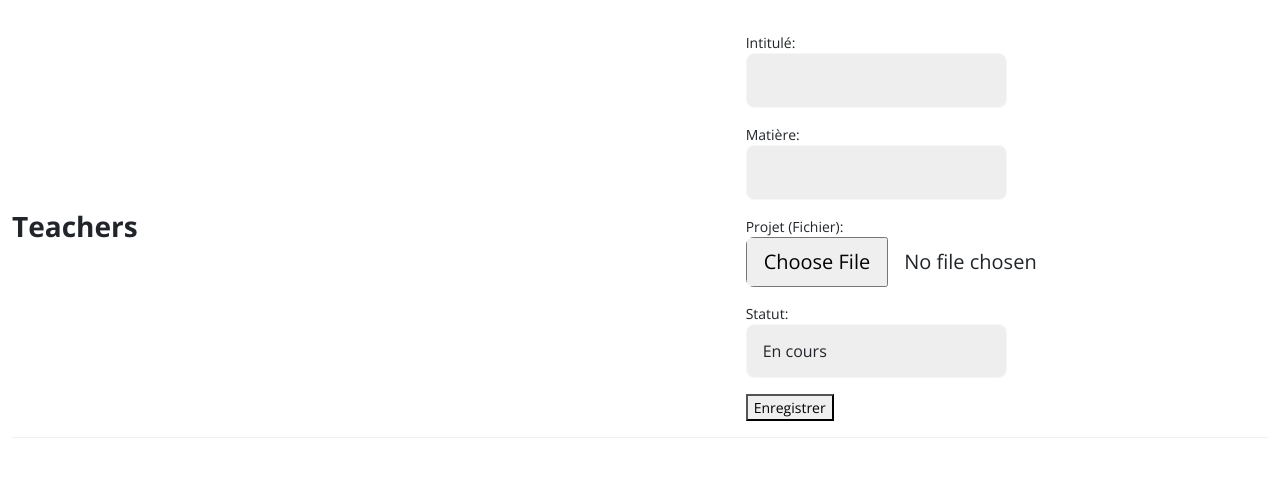
Repository: dimitri0004/Moodle
Page: http://localhost/enseignant/projet/ajouter
An editor plug-in stored every save of this project. The page is shown before and after the next save, followed by the edit.
The browser window is 1280 px wide. The pictures show the whole page.
The page is served by the project's application, run on Django 4.2 (manage.py). Other server files are loaded and not shown.

Above is the page before, as saved 2023-08-16 14:41:04.
Console error: TypeError: Cannot set properties of null (setting 'innerHTML')

### templates/Enseignant/projet.html
{% extends "base.html" %}
{% block content %}
<!DOCTYPE html>
<html lang="en">
<head>
    <meta charset="UTF-8">
    <title>Ajouter un projet</title>
</head>
<body>
    <div class="body d-flex py-lg-3 py-md-2">
        <div class="container-xxl">
            <div class="row">
                <div class="col-md-12">
                    <div class="card border-0 mb-4 no-bg">
                        <div class="card-header py-3 px-0 d-flex align-items-center  justify-content-between border-bottom">
                            <h3 class=" fw-bold flex-fill mb-0">Teachers</h3>

                            <form method="post" enctype="multipart/form-data">
                                {% csrf_token %}
                                <div class="col-6">
                                    <div class="mb-2">
                                    {{ form.as_p }}
                                    </div>
                                </div>
                                <button type="submit">Enregistrer</button>
                            </form>
                       </div>
                    </div>
                </div>
            </div>
        </div>
    </div>
</body>
</html>


{% endblock %}

### templates/base.html
{% load static %}
<!DOCTYPE html>
<html lang="en">
<head>
    <meta charset="UTF-8">
    <meta name="viewport" content="width=device-width, initial-scale=1.0">
    <title>Document</title>

    <link rel="icon" href="favicon.ico" type="image/x-icon"> <!-- Favicon-->

    <!-- plugin css file  -->
    <link rel="stylesheet" href="{% static 'assets/css/carousel.min.css' %}" />
    <!-- project css file  -->
    <link rel="stylesheet" href="{% static 'assets/css/e-learn.style.min.css' %}">
    <!-- Google Code  -->
    <script async src="https://www.googletagmanager.com/gtag/js?id=UA-264428387-1"></script>
    <script>
      window.dataLayer = window.dataLayer || [];
      function gtag(){dataLayer.push(arguments);}
      gtag('js', new Date());

      gtag('config', 'UA-264428387-1');
    </script>

    <script src="{% static 'assets/bundles/libscripts.bundle.js' %}"></script>

    <!-- Plugin Js-->
    <script src="{% static 'assets/bundles/carousel.bundle.js' %}"></script>
    <script src="{% static 'assets/bundles/apexcharts.bundle.js' %}"></script>

    <!-- Jquery Page Js -->
    <script src="{% static 'js/template.js' %}"></script>
    <script src="{% static 'js/page/elearn-index.js' %}"></script>
</head>
<body>
   {% if user.is_authenticated %}

    {% include "_partiels/nav.html" %}
   {% endif %}


    {% block content %}{% endblock %}
</body>
</html>

### AppEcole/forms.py
from django import forms
from .models import Devoir

class ProjetForm(forms.ModelForm):
    intitule = forms.CharField(label='Intitulé', widget=forms.TextInput(attrs={
        'class': 'form-control form-control-lg'
    }))
    matiere = forms.CharField(label='Matière', widget=forms.TextInput(attrs={
        'class': 'form-control form-control-lg'
    }))
    projet = forms.FileField(label='Projet (Fichier)', widget=forms.ClearableFileInput(attrs={
        'class': 'form-control-file  form-control-lg'
    }))
    statut = forms.ChoiceField(label='Statut', choices=Devoir.STATUT_CHOICES, widget=forms.Select(attrs={
        'class': 'form-control form-control-lg'
    }))

    class Meta:
        model = Devoir
        fields = ['intitule', 'matiere', 'projet', 'statut']

### AppEcole/models.py
from django.db import models
from django.contrib.auth.models import AbstractUser
class User(AbstractUser):
    ETUDIANT= " ETUDIANT"
    ENSEIGNANT="ENSEIGNANT"
    ADMINISTRATEUR=" ADMINISTRATEUR"

    ROLE_CHOICES = (
        ('ETUDIANT', 'Etudiant'),
        ('ENSEIGNANT', 'Enseignant'),
        ('ADMINISTRATEUR', 'Administrateur'),
    )

    role = models.CharField(max_length=30, choices=ROLE_CHOICES, verbose_name='Rôle')
    birthdate = models.DateField(null=True, blank=False)
    identifiant = models.CharField(max_length=20, null=True, blank=False)

    def __str__(self):
        return self.username

class Devoir(models.Model):

    STATUT_CHOICES = [
        ('en_cours', 'En cours'),
        ('soumis', 'Soumis'),
        ('corrigé', 'Corrige'),
        ('traité', 'Traite'),
        ('archivé', 'Archivé'),
    ]
    intitule=models.CharField(max_length=255)
    matiere=models.CharField(max_length=255)
    statut = models.CharField(max_length=20, choices=STATUT_CHOICES)
    projet = models.FileField(upload_to='projets')

    def __str__(self):
        return self.intitule


# Create your models here.

### AppEcole/views.py
from django.shortcuts import render,redirect
from django.core.validators import validate_email
from django.contrib.auth.models import User
from django.db.models import Q
from django.contrib.auth.decorators import login_required
from django.contrib.auth import authenticate, login, logout
from .forms import ProjetForm


from django.contrib.auth import get_user_model

def index(request):
    return render(request,'index.html')

def inscription(request):
    error = False
    message = ""

    if request.method == "POST":
        username = request.POST.get('username')
        email = request.POST.get('email')
        nom = request.POST.get('nom')
        prenom = request.POST.get('prenom')
        password = request.POST.get('password')
        confirmePassword = request.POST.get('confirmePassword')
        role = request.POST.get('role')
        identifiant = request.POST.get('identifiant')
        date = request.POST.get('date')# Récupérer le rôle du formulaire

        try:
            validate_email(email)
        except:
            error = True
            message = "Entrer un email valide svp"

        User = get_user_model()  # Obtenir le modèle utilisateur personnalisé

        user = User.objects.filter(Q(email=email) | Q(username=username)).first()
        if user:
            error = True
            message = f"L'email {email} ou le nom d'utilisateur {nom} est déjà utilisé par un utilisateur"

        if password != confirmePassword:
            error = True
            message = "Les deux mots de passe ne sont pas identiques"

        if error == False:
            user = User(

                username=username,
                email=email,
                last_name=nom,
                first_name=prenom,
                identifiant=identifiant,
                role=role,
                birthdate=date# Enregistrer le rôle dans le modèle
            )
            user.set_password(password)
            user.save()
            return redirect('acceuil')

    context = {
        'error': error,
        'message': message
    }
    return render(request, 'Utilisateur/inscription.html', context)

def connexion(request):
    error=False
    message=""
    if request.method=="POST":

        email=request.POST.get('email', None)
        password=request.POST.get('password', None)

        User = get_user_model()
        user=User.objects.filter(email=email).first()
        if user:
            user=authenticate(username=user.username, password=password)
            if user:
                login(request, user)
                return redirect('acceuil')
            else:
                error=True
                message="mot de passe  incorrecte"
        else:
            error=True
            message="l'utilisateur n'existe pas"
    return render(request, 'Utilisateur/connexion.html', {'error':error, 'message':message})

def ajouter_projet(request):
    if request.method == 'POST':
        form = ProjetForm(request.POST, request.FILES)
        if form.is_valid():
            form.save()
            return redirect('ajouter_projet')  # Rediriger vers la liste des projets
    else:
        form = ProjetForm()

    context = {'form': form}
    return render(request, 'Enseignant/projet.html', context)

# Create your views here.

### MoodleProject/urls.py
"""
URL configuration for MoodleProject project.

The `urlpatterns` list routes URLs to views. For more information please see:
    https://docs.djangoproject.com/en/4.2/topics/http/urls/
Examples:
Function views
    1. Add an import:  from my_app import views
    2. Add a URL to urlpatterns:  path('', views.home, name='home')
Class-based views
    1. Add an import:  from other_app.views import Home
    2. Add a URL to urlpatterns:  path('', Home.as_view(), name='home')
Including another URLconf
    1. Import the include() function: from django.urls import include, path
    2. Add a URL to urlpatterns:  path('blog/', include('blog.urls'))
"""
from django.contrib import admin
from django.urls import path,include
from django.conf import settings
from django.conf.urls.static import static


urlpatterns = [
    path('admin/', admin.site.urls),
    path('', include('AppEcole.urls')),
]
if settings.DEBUG:
    urlpatterns += static(settings.MEDIA_URL,
    document_root=settings.MEDIA_ROOT)

### AppEcole/urls.py
from django.urls import path
from .views import index, inscription, connexion,ajouter_projet
urlpatterns = [
    path('acceuil', index, name='acceuil'),
    path('inscription/', inscription, name='register'),
    path('connexion/', connexion, name='login'),
    path('enseignant/projet/ajouter', ajouter_projet, name='ajouter_projet'),

]

### static/assets/css/carousel.min.css
.owl-carousel,.owl-carousel .owl-item{-webkit-tap-highlight-color:transparent;position:relative}.owl-carousel{display:none;width:100%;z-index:1}.owl-carousel .owl-stage{position:relative;-ms-touch-action:pan-Y;-moz-backface-visibility:hidden}.owl-carousel .owl-stage:after{content:".";display:block;clear:both;visibility:hidden;line-height:0;height:0}.owl-carousel .owl-stage-outer{position:relative;overflow:hidden;-webkit-transform:translate3d(0, 0, 0)}.owl-carousel .owl-item,.owl-carousel .owl-wrapper{-webkit-backface-visibility:hidden;-moz-backface-visibility:hidden;-ms-backface-visibility:hidden;-webkit-transform:translate3d(0, 0, 0);-moz-transform:translate3d(0, 0, 0);-ms-transform:translate3d(0, 0, 0)}.owl-carousel .owl-item{min-height:1px;float:left;-webkit-backface-visibility:hidden;-webkit-touch-callout:none}.owl-carousel .owl-item img{display:block;width:100%}.owl-carousel .owl-dots.disabled,.owl-carousel .owl-nav.disabled{display:none}.no-js .owl-carousel,.owl-carousel.owl-loaded{display:block}.owl-carousel .owl-dot,.owl-carousel .owl-nav .owl-next,.owl-carousel .owl-nav .owl-prev{cursor:pointer;cursor:hand;-webkit-user-select:none;-khtml-user-select:none;-moz-user-select:none;-ms-user-select:none;user-select:none}.owl-carousel.owl-loading{opacity:0;display:block}.owl-carousel.owl-hidden{opacity:0}.owl-carousel.owl-refresh .owl-item{visibility:hidden}.owl-carousel.owl-drag .owl-item{-webkit-user-select:none;-moz-user-select:none;-ms-user-select:none;user-select:none}.owl-carousel.owl-grab{cursor:move;cursor:grab}.owl-carousel.owl-rtl{direction:rtl}.owl-carousel.owl-rtl .owl-item{float:right}.owl-carousel .animated{animation-duration:1s;animation-fill-mode:both}.owl-carousel .owl-animated-in{z-index:0}.owl-carousel .owl-animated-out{z-index:1}.owl-carousel .fadeOut{animation-name:fadeOut}@keyframes fadeOut{0%{opacity:1}100%{opacity:0}}.owl-height{transition:height .5s ease-in-out}.owl-carousel .owl-item .owl-lazy{opacity:0;transition:opacity .4s ease}.owl-carousel .owl-item img.owl-lazy{transform-style:preserve-3d}.owl-carousel .owl-video-wrapper{position:relative;height:100%;background:#000}.owl-carousel .owl-video-play-icon{position:absolute;height:80px;width:80px;left:50%;top:50%;margin-left:-40px;margin-top:-40px;background:url(owl.video.play.html) no-repeat;cursor:pointer;z-index:1;-webkit-backface-visibility:hidden;transition:transform .1s ease}.owl-carousel .owl-video-play-icon:hover{-ms-transform:scale(1.3, 1.3);transform:scale(1.3, 1.3)}.owl-carousel .owl-video-playing .owl-video-play-icon,.owl-carousel .owl-video-playing .owl-video-tn{display:none}.owl-carousel .owl-video-tn{opacity:0;height:100%;background-position:center center;background-repeat:no-repeat;background-size:contain;transition:opacity .4s ease}.owl-carousel .owl-video-frame{position:relative;z-index:1;height:100%;width:100%}

### static/js/template.js
if (typeof jQuery === "undefined") {
    throw new Error("jQuery plugins need to be before this file");
}

$(function() {
    "use strict";

    // main sidebar toggle js
    $('.menu-toggle').on('click', function () {
        $('.sidebar').toggleClass('open');
        $('.open').removeClass('sidebar-mini');
    });

    // layout a sidebar mini version
    $('.sidebar-mini-btn').on('click', function () {
        $('.sidebar').toggleClass('sidebar-mini');
        $('.sidebar-mini').removeClass('open');
    });

    // chat page chatlist toggle js
    $('.chatlist-toggle').on('click', function () {
        $('.card-chat').toggleClass('open');
    });

    $(".theme-rtl input").on('change',function() {
        if(this.checked) {
            $("body").addClass('rtl_mode');
        }else{
            $("body").removeClass('rtl_mode');
        }

    });

    // cSidebar overflow daynamic height

    overFlowDynamic();

    $(window).resize(function(){
        overFlowDynamic();
    });

    function overFlowDynamic(){
        var sideheight=$(".sidebar.sidebar-mini").height() + 48;

        if(sideheight <= 760) {
            $(".sidebar.sidebar-mini").css( "overflow", "scroll");
        }
        else{
            $(".sidebar.sidebar-mini").css( "overflow", "visible");
        }
    }


    // Dropdown scroll hide using table responsive

    $('.table-responsive').on('show.bs.dropdown', function () {
        $('.table-responsive').css( "overflow", "inherit" );
    });

    $('.table-responsive').on('hide.bs.dropdown', function () {
            $('.table-responsive').css( "overflow", "auto" );
    })

    // light and dark theme setting js
    var toggleSwitch = document.querySelector('.theme-switch input[type="checkbox"]');
    var toggleHcSwitch = document.querySelector('.theme-high-contrast input[type="checkbox"]');
    var currentTheme = localStorage.getItem('theme');
    if (currentTheme) {
        document.documentElement.setAttribute('data-theme', currentTheme);

        if (currentTheme === 'dark') {
            toggleSwitch.checked = true;
        }
        if (currentTheme === 'high-contrast') {
            toggleHcSwitch.checked = true;
            toggleSwitch.checked = false;
        }
    }
    function switchTheme(e) {
        if (e.target.checked) {
            document.documentElement.setAttribute('data-theme', 'dark');
            localStorage.setItem('theme', 'dark');
            $('.theme-high-contrast input[type="checkbox"]').prop("checked", false);
        }
        else {
            document.documentElement.setAttribute('data-theme', 'light');
            localStorage.setItem('theme', 'light');
        }
    }
    toggleSwitch.addEventListener('change', switchTheme, false);
    // end
});

// live support team js
$(function() {
    "use strict";
    var Tawk_API=Tawk_API||{}, Tawk_LoadStart=new Date();
    (function(){
        var s1=document.createElement("script"),s0=document.getElementsByTagName("script")[0];
        s1.async=true;
        s1.src='https://embed.tawk.to/6051a040f7ce18270930e55a/1f0vdjvfu';
        s1.charset='UTF-8';
        s1.setAttribute('crossorigin','*');
        s0.parentNode.insertBefore(s1,s0);
    })();
});

### static/js/page/elearn-index.js
if (typeof jQuery === "undefined") {
    throw new Error("jQuery plugins need to be before this file");
}
$(function() {
    "use strict";
    var tooltipTriggerList = [].slice.call(document.querySelectorAll('[data-bs-toggle="tooltip"]'))
    var tooltipList = tooltipTriggerList.map(function (tooltipTriggerEl) {
        return new bootstrap.Tooltip(tooltipTriggerEl)
    })

    /*****Owl Slider************/
    $(document).ready(function(){
        $('.owl-carouselone').owlCarousel({
            stagePadding: 30,
            loop:true,
            margin:10,
            nav:true,
            navText: ["<img src='../dist/assets/images/stylish-left.png'>","<img src='../dist/assets/images/stylish-right.png'>"],
            responsive:{
                0:{
                    items:1
                },
                480:{
                    items:3
                },
                600:{
                    items:3
                },
                740:{
                    items:6
                },
                1000:{
                    items:2
                },
                1100:{
                    items:3
                },
                1400:{
                    items:3
                },
                1500:{
                    items:4
                }
            }
        })

        $('.owl-carouseltwo').owlCarousel({
            loop:true,
            margin:5,
            autoplay:true,
            autoplayTimeout:4000,
            autoplayHoverPause:true,
            responsive:{
                0:{
                    items:1
                },
                480:{
                    items:1
                },
                600:{
                    items:1
                },
                1000:{
                    items:2
                },
                1100:{
                    items:2
                },
                1400:{
                    items:3
                }
            }
        })
    });

    // basic-column
    $(document).ready(function() {
        var options = {
            chart: {
                height: 350,
                type: 'bar',
            },
            colors: ['var(--chart-color1)', 'var(--chart-color2)', 'var(--chart-color4)'],
            plotOptions: {
                bar: {
                    horizontal: false,
                    columnWidth: '55%',
                    endingShape: 'rounded'
                },
            },
            dataLabels: {
                enabled: false
            },
            stroke: {
                show: true,
                width: 2,
                colors: ['transparent']
            },
            series: [{
                name: 'Listening',
                data: [44, 55, 57, 56, 61, 58, 63, 60, 66]
            }, {
                name: 'Writing',
                data: [76, 85, 101, 98, 87, 105, 91, 114, 94]
            }, {
                name: 'Video View',
                data: [35, 41, 36, 26, 45, 48, 52, 53, 41]
            }],
            xaxis: {
                categories: ['Feb', 'Mar', 'Apr', 'May', 'Jun', 'Jul', 'Aug', 'Sep', 'Oct'],
            },
            yaxis: {
                title: {
                    text: ''
                }
            },
            fill: {
                opacity: 1

            },
            tooltip: {
                y: {
                    formatter: function (val) {
                        return "$ " + val + " thousands"
                    }
                }
            }
        }

        var chart = new ApexCharts(
            document.querySelector("#apex-basic-column"),
            options
        );

        chart.render();
    });


});
/*****digital-clock************/
function date_time(id){
    date = new Date;
    h = date.getHours();
    if(h<10)
    {
            h = "0"+h;
    }
    m = date.getMinutes();
    if(m<10)
    {
            m = "0"+m;
    }
    s = date.getSeconds();
    if(s<10)
    {
            s = "0"+s;
    }
    document.getElementById("s").innerHTML = ''+s;
    document.getElementById("m").innerHTML = ''+m;
    document.getElementById("h").innerHTML = ''+h;
    setTimeout('date_time("'+"s"+'");','1000');
    return true;
}
window.onload = date_time('s');

Loaded but not shown: static/assets/css/e-learn.style.min.css (library); static/assets/bundles/libscripts.bundle.js (library); static/assets/bundles/carousel.bundle.js (library); static/assets/bundles/apexcharts.bundle.js (library)

After the next save:
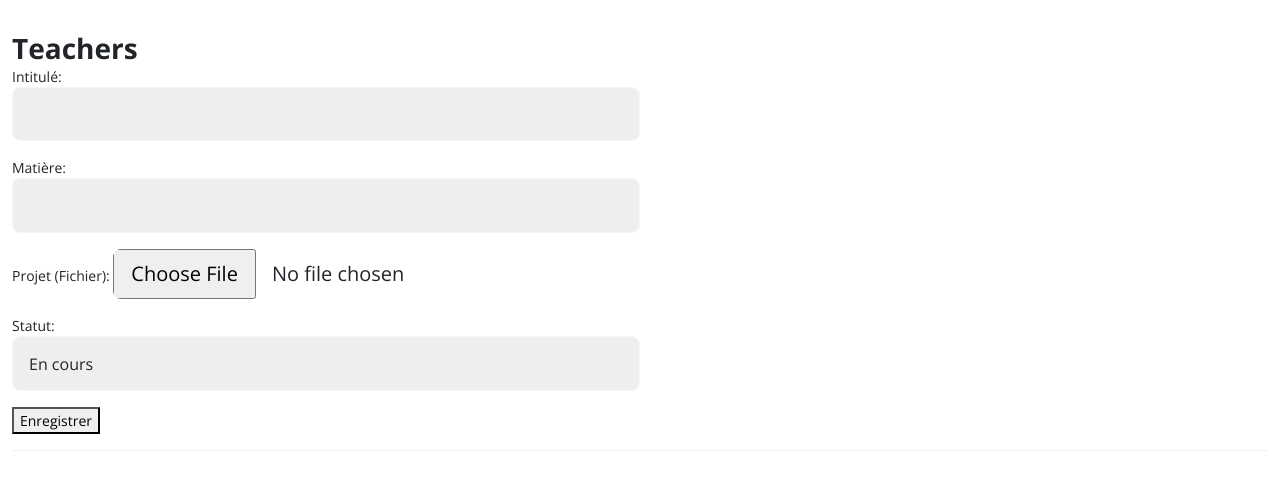
Saved 40 s later.
--- a/templates/Enseignant/projet.html
+++ b/templates/Enseignant/projet.html
@@ -12,7 +12,7 @@
             <div class="row">
                 <div class="col-md-12">
                     <div class="card border-0 mb-4 no-bg">
-                        <div class="card-header py-3 px-0 d-flex align-items-center  justify-content-between border-bottom">
+                        <div class="card-header py-3 px-0  align-items-center  justify-content-between border-bottom">
                             <h3 class=" fw-bold flex-fill mb-0">Teachers</h3>
 
                             <form method="post" enctype="multipart/form-data">
